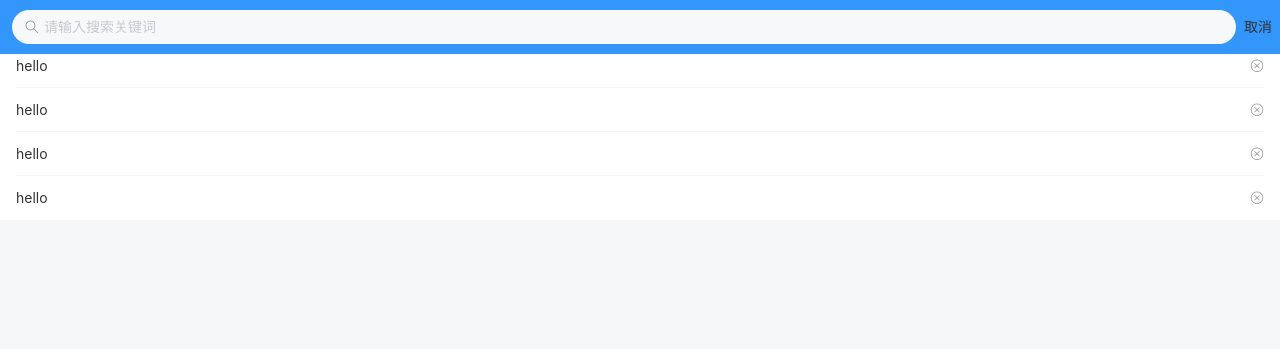
Repository: Tsukiau/toutiao-m
Page: /#/search
These files come from the project's save history. The page is drawn as it stood at one moment and after a run of saves; the edit follows.
The browser window is 1280 px wide. The pictures show the whole page.
The project was rebuilt for these pictures with package versions that can differ from the ones it lists, and the page was loaded fresh each time. Also part of the build but not shown: vue.config.js, src/utils/request.js, src/api/search.js, src/views/search/components/search-suggestion.vue, src/views/search/components/search-result.vue. Imported but missing from the stored project, and not drawn on this page: src/views/home/components/channel-edit.vue.

Above is the page before, as saved 2022-10-21 15:20:13.

After the next 2 saves:
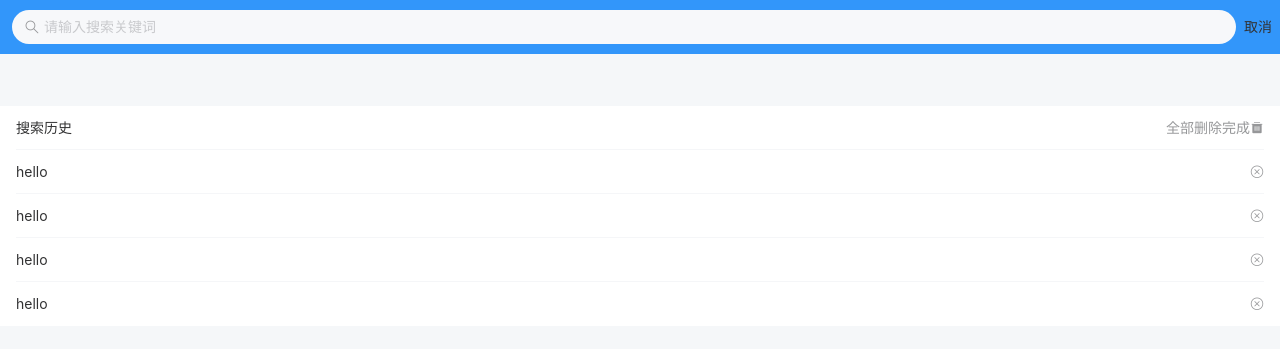
The 2 saves are shown as one change because they came seconds apart.
The last was saved 10 s later.
--- a/src/views/search/index.vue
+++ b/src/views/search/index.vue
@@ -69,6 +69,7 @@ export default {
 
 <style scoped lang='less'>
 .search-container{
+  padding-top: 106px;
 
 }
 .van-search__action {
